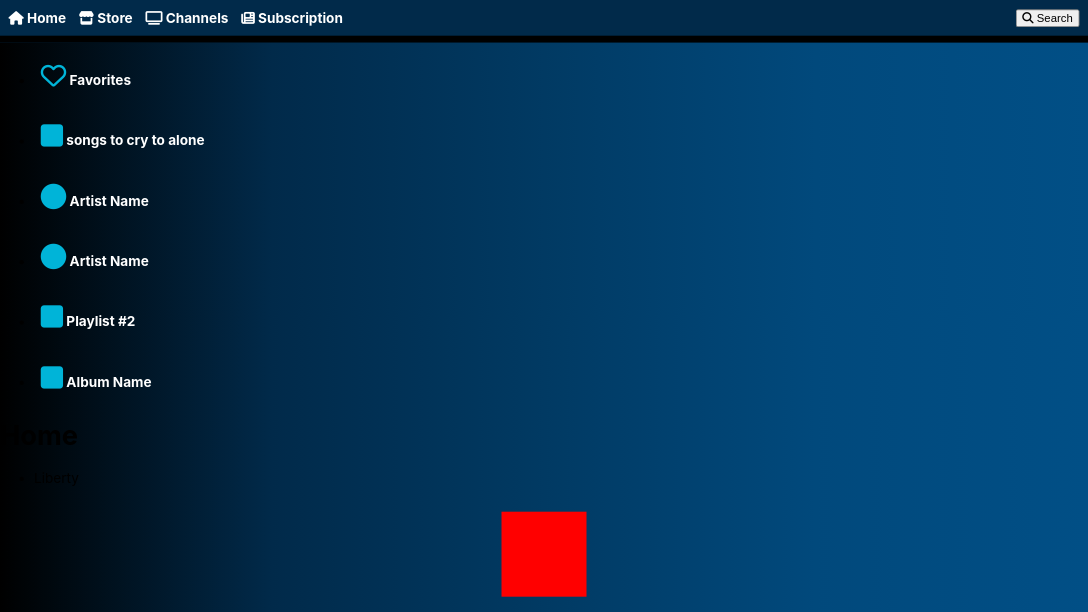
Repository: gordonnrat/group-2-project
Page: / (app in source-code/)
An editor plug-in stored every save of this project. The page is shown before and after the next save, followed by the edit.
The browser window is 1280 px wide. The pictures show the whole page, at 85% of full size.
The project was rebuilt for these pictures with package versions that can differ from the ones it lists, and the page was loaded fresh each time. Also part of the build but not shown: source-code/src/App.css, source-code/src/App.js, source-code/src/components/pages/Login.js.

Above is the page before, as saved 2023-07-26 15:08:16.

After the next save:
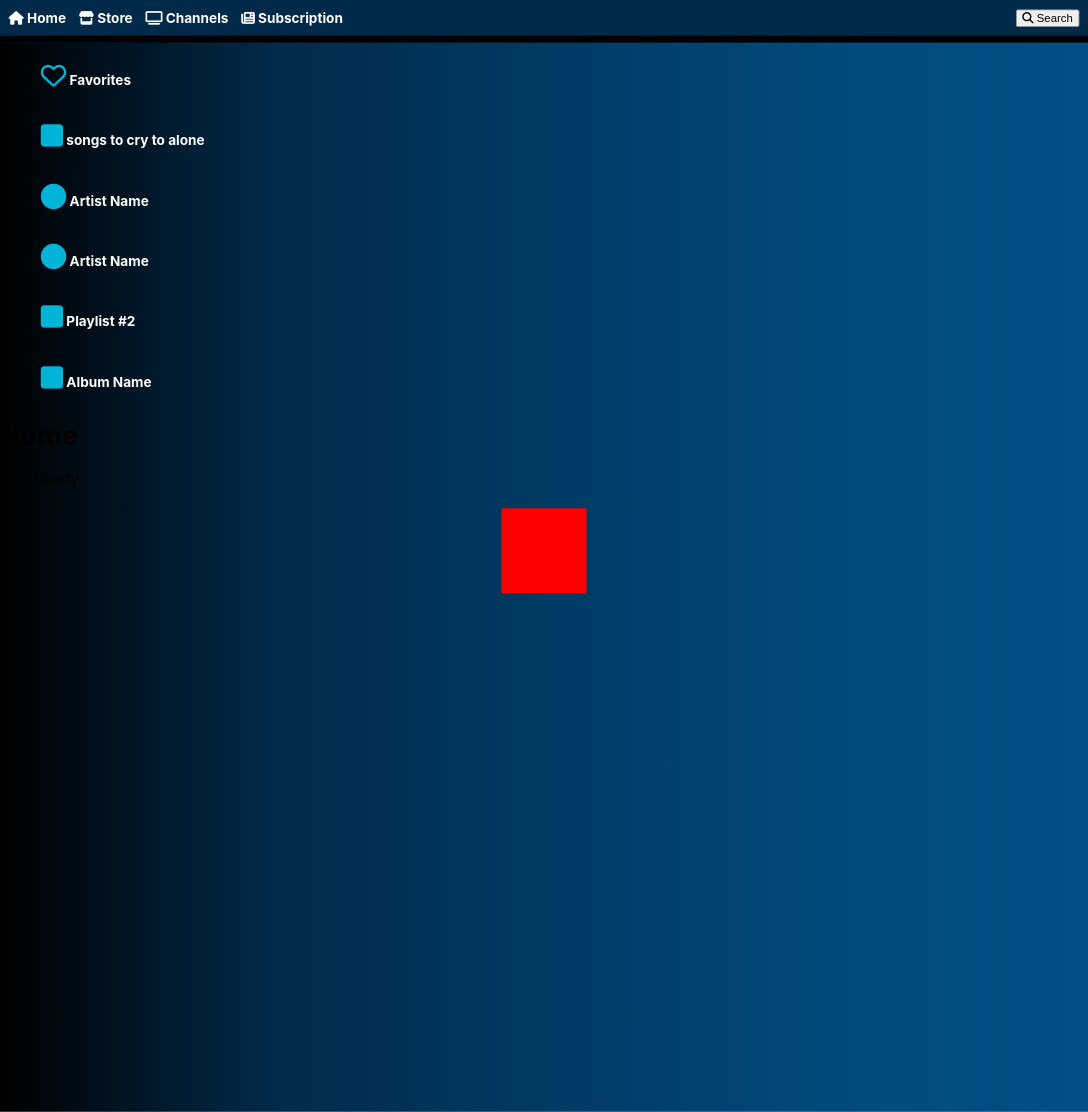
Saved 30 s later.
--- a/source-code/src/components/pages/square.css
+++ b/source-code/src/components/pages/square.css
@@ -1,7 +1,8 @@
 .square-container {
     display: flex;
     justify-content: center;
-    margin-top: 20px; /* Add some top margin to push the square down */
+    align-items: flex-start; /* Align items to the top */
+    height: 100vh; /* Set the height of the container to the full viewport height */
     position: relative; /* Add positioning to the container */
   }
 
@@ -10,5 +11,5 @@
     height: 100px;
     background-color: red;
     position: absolute; /* Use absolute positioning for the square */
-    top: 2; /* Position the square at the top of its container */
+    top: 0; /* Position the square at the top of its container */
   }
